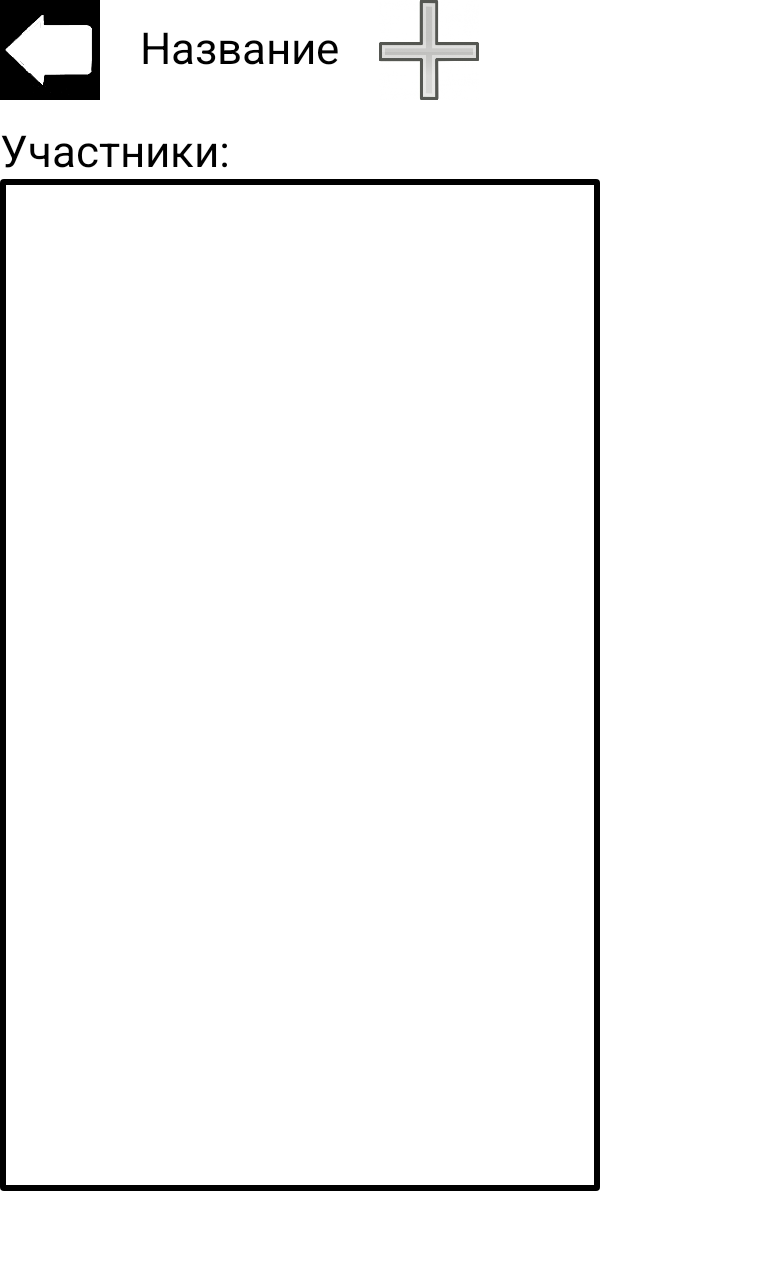
Repository: webguild/RedmineMobile
Layout: Android/RedmineAndroid/res/layout/project_settings_worker.xml
The author's editor kept a copy of each file at every save. The layout is drawn from the files as they stood at one save, then again after the next save.
It is drawn on a 768 x 1280 px phone screen (xhdpi) without system bars, with theme AppTheme; the app's code is not run. Lists and similar views that code fills are empty.

Above is the layout before, as saved 2013-01-18 13:23:03.

### Android/RedmineAndroid/res/layout/project_settings_worker.xml
<?xml version="1.0" encoding="utf-8"?>
<LinearLayout xmlns:android="http://schemas.android.com/apk/res/android"
    android:layout_width="match_parent"
    android:layout_height="match_parent"
    android:background="#FFF"
    android:orientation="vertical" >

    <LinearLayout
        android:layout_width="match_parent"
        android:layout_height="wrap_content" >

        <Button
            android:id="@+id/button1"
            android:layout_width="50dp"
            android:layout_height="50dp"
            android:background="@drawable/backbutton" />

        <TextView
            android:id="@+id/textView1"
            android:layout_width="wrap_content"
            android:layout_height="wrap_content"
            android:layout_marginLeft="20dp"
            android:text="Название"
            android:textAppearance="?android:attr/textAppearanceLarge" />

        <Button
            android:id="@+id/button2"
            android:layout_width="50dp"
            android:layout_height="50dp"
            android:layout_marginLeft="20dp"
            android:background="@drawable/greyplus" />

    </LinearLayout>

    <TextView
        android:id="@+id/textView2"
        android:layout_width="wrap_content"
        android:layout_height="wrap_content"
        android:layout_marginTop="10dp"
        android:text="Участники:"
        android:textAppearance="?android:attr/textAppearanceLarge" />

    <ScrollView
        android:layout_width="fill_parent"
        android:layout_height="fill_parent"
        android:background="#fff" >

    <FrameLayout
        android:layout_width="300dp"
        android:layout_height="wrap_content"
        android:background="@drawable/customborder" >

        <ListView
            android:id="@+id/listView1"
            android:layout_width="300dp"
            android:layout_height="500dp"
            android:background="#fff" >

        </ListView>

    </FrameLayout>
 </ScrollView>
</LinearLayout>

### Android/RedmineAndroid/res/drawable/customborder.xml
<?xml version="1.0" encoding="utf-8"?>
<shape xmlns:android="http://schemas.android.com/apk/res/android"
    android:shape="rectangle" >
   <corners android:radius="2dp"/>
   <padding android:left="3dp" android:right="3dp" android:top="3dp" android:bottom="3dp"/>
   <solid android:color="#000000"/>


</shape>

Loaded but not shown: Android/RedmineAndroid/res/values/styles.xml (common file); Android/RedmineAndroid/res/values-v11/styles.xml (common file)

After the next save:
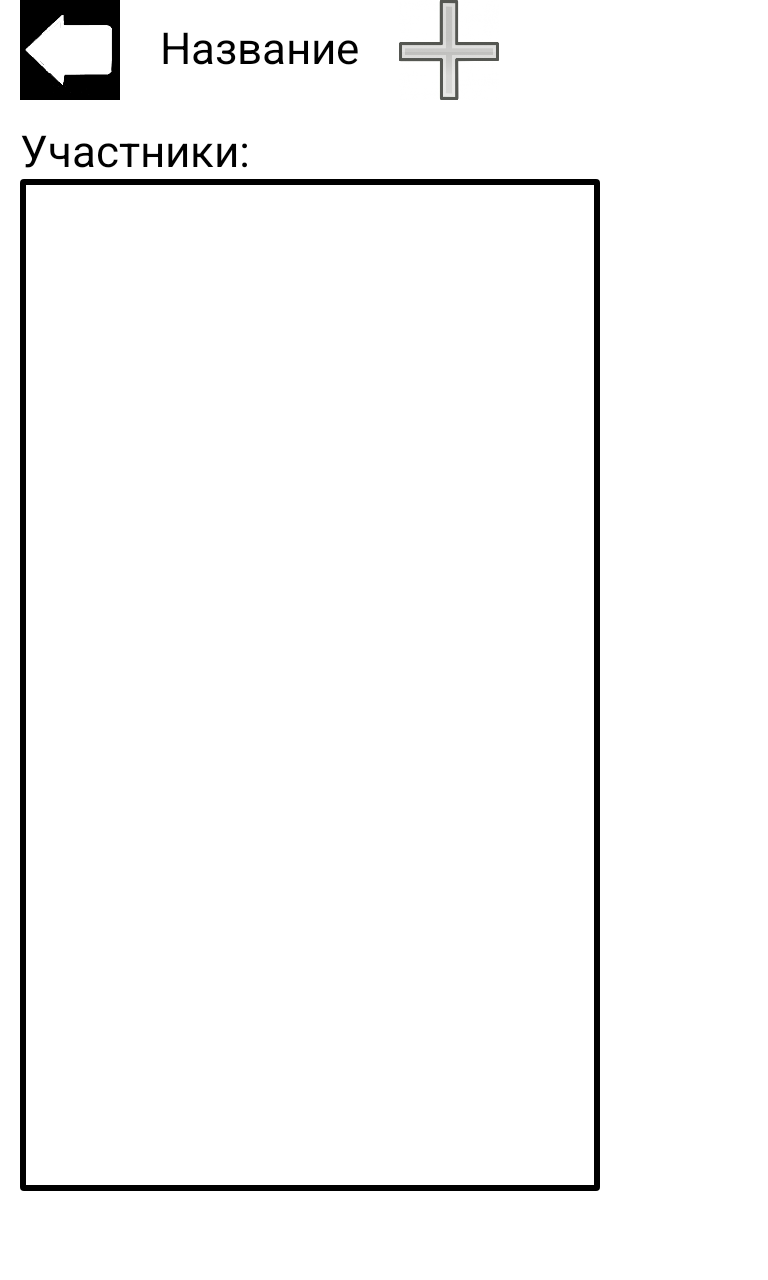
Saved 57 s later.
--- a/Android/RedmineAndroid/res/layout/project_settings_worker.xml
+++ b/Android/RedmineAndroid/res/layout/project_settings_worker.xml
@@ -3,7 +3,8 @@
     android:layout_width="match_parent"
     android:layout_height="match_parent"
     android:background="#FFF"
-    android:orientation="vertical" >
+    android:orientation="vertical"
+    android:paddingLeft="10dp" >
 
     <LinearLayout
         android:layout_width="match_parent"
@@ -45,19 +46,18 @@
         android:layout_height="fill_parent"
         android:background="#fff" >
 
-    <FrameLayout
-        android:layout_width="300dp"
-        android:layout_height="wrap_content"
-        android:background="@drawable/customborder" >
+        <FrameLayout
+            android:layout_width="290dp"
+            android:layout_height="wrap_content"
+            android:background="@drawable/customborder" >
 
-        <ListView
-            android:id="@+id/listView1"
-            android:layout_width="300dp"
-            android:layout_height="500dp"
-            android:background="#fff" >
+            <ListView
+                android:id="@+id/listView1"
+                android:layout_width="290dp"
+                android:layout_height="500dp"
+                android:background="#fff" >
+            </ListView>
+        </FrameLayout>
+    </ScrollView>
 
-        </ListView>
-
-    </FrameLayout>
- </ScrollView>
 </LinearLayout>
